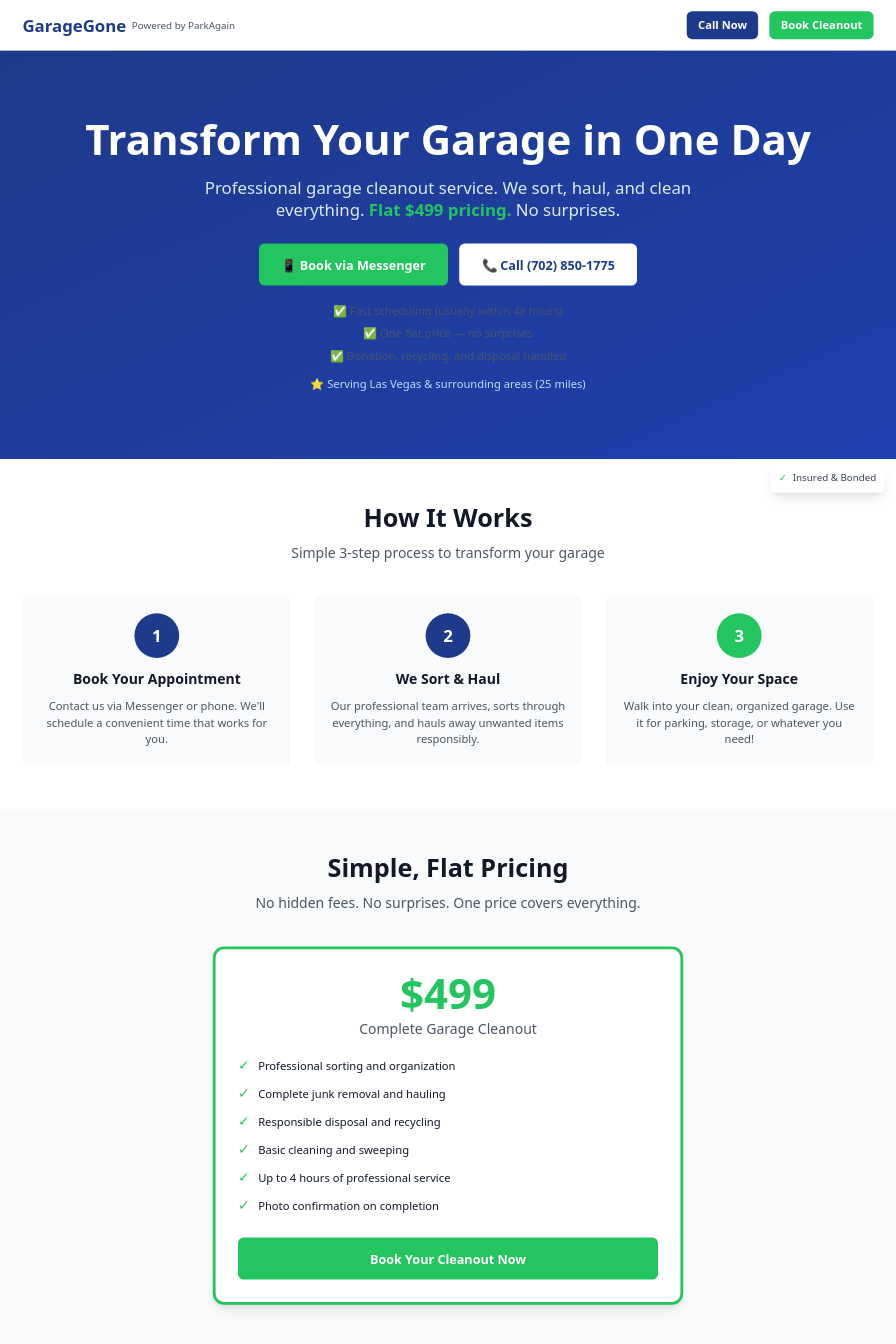
Repository: nikwhite1169/garagegone
Page: index.html
An editor plug-in stored every save of this project. The page is shown before and after the next save, followed by the edit.
The browser window is 1280 px wide. The pictures show the part of the page from y = 0 to 1920 px (the page is 5058 px tall), at 70% of full size.
Some web libraries are served in a nearby version.

Above is the page before, as saved 2025-09-15 13:45:01.

### index.html
<!DOCTYPE html>
<html lang="en">
<head>
    <meta charset="UTF-8">
    <meta name="viewport" content="width=device-width, initial-scale=1.0">
    <title>GarageGone - Professional Garage Cleanout Service | Las Vegas</title>
    <meta name="description" content="Professional garage cleanout service in Las Vegas. Flat $499 pricing. We haul everything away. Book your garage transformation today with GarageGone.">
    <meta name="keywords" content="garage cleanout, junk removal, Las Vegas, garage cleaning, hauling service, decluttering">

    <!-- Open Graph Meta Tags -->
    <meta property="og:title" content="GarageGone - Professional Garage Cleanout Service | Las Vegas">
    <meta property="og:description" content="Transform your garage with our professional cleanout service. Flat $499 pricing. We haul everything away. Serving Las Vegas and surrounding areas.">
    <meta property="og:image" content="https://garagegone.com/images/garage-before-after.jpg">
    <meta property="og:url" content="https://garagegone.com">
    <meta property="og:type" content="website">
    <meta property="og:site_name" content="GarageGone">

    <!-- Twitter Card Meta Tags -->
    <meta name="twitter:card" content="summary_large_image">
    <meta name="twitter:title" content="GarageGone - Professional Garage Cleanout Service | Las Vegas">
    <meta name="twitter:description" content="Transform your garage with our professional cleanout service. Flat $499 pricing. We haul everything away.">
    <meta name="twitter:image" content="https://garagegone.com/images/garage-before-after.jpg">

    <!-- Favicon -->
    <link rel="icon" type="image/x-icon" href="/favicon.ico">

    <!-- Tailwind CSS CDN -->
    <script src="https://cdn.tailwindcss.com"></script>

    <!-- Custom Tailwind Config -->
    <script>
        tailwind.config = {
            theme: {
                extend: {
                    colors: {
                        'brand-blue': '#1e3a8a',
                        'brand-green': '#22c55e',
                    }
                }
            }
        }
    </script>

    <!-- JSON-LD Schema Markup -->
    <script type="application/ld+json">
    {
        "@context": "https://schema.org",
        "@type": "LocalBusiness",
        "name": "GarageGone",
        "description": "Professional garage cleanout and junk removal service",
        "url": "https://garagegone.com",
        "telephone": "+7028501775",
        "address": {
            "@type": "PostalAddress",
            "addressLocality": "Las Vegas",
            "addressRegion": "NV",
            "addressCountry": "US"
        },
        "areaServed": {
            "@type": "GeoCircle",
            "geoMidpoint": {
                "@type": "GeoCoordinates",
                "latitude": 36.1699,
                "longitude": -115.1398
            },
            "geoRadius": "25 miles"
        },
         "sameAs": [
             "https://facebook.com/ParkAgain",
             "https://instagram.com/parkagain.app"
         ],
        "priceRange": "$499",
        "serviceType": "Garage Cleanout Service",
        "hasOfferCatalog": {
            "@type": "OfferCatalog",
            "name": "Garage Cleanout Services",
            "itemListElement": [
                {
                    "@type": "Offer",
                    "itemOffered": {
                        "@type": "Service",
                        "name": "Complete Garage Cleanout",
                        "description": "Full garage cleanout and junk removal service"
                    },
                    "price": "499",
                    "priceCurrency": "USD"
                }
            ]
        }
    }
    </script>

    <style>
        /* Smooth scroll behavior */
        html {
            scroll-behavior: smooth;
        }

        /* Custom animations */
        @keyframes fadeInUp {
            from {
                opacity: 0;
                transform: translateY(30px);
            }
            to {
                opacity: 1;
                transform: translateY(0);
            }
        }

        .fade-in-up {
            animation: fadeInUp 0.6s ease-out;
        }

        /* Ensure sticky footer doesn't overlap content */
        body {
            padding-bottom: 80px;
        }

        @media (min-width: 768px) {
            body {
                padding-bottom: 0;
            }
        }
    </style>
</head>
<body class="bg-gray-50 text-gray-900">
    <!-- Header -->
    <header class="bg-white shadow-sm sticky top-0 z-40">
        <div class="max-w-7xl mx-auto px-4 sm:px-6 lg:px-8">
            <div class="flex justify-between items-center py-4">
                <div class="flex items-center">
                    <h1 class="text-2xl font-bold text-brand-blue">GarageGone</h1>
                    <span class="ml-2 text-sm text-gray-600">Powered by ParkAgain</span>
                </div>
                <div class="hidden md:flex space-x-4">
                    <a href="tel:+7028501775" class="bg-brand-blue text-white px-4 py-2 rounded-lg font-semibold hover:bg-blue-800 transition-colors">
                        Call Now
                    </a>
                    <a href="https://m.me/parkagain" target="_blank" class="bg-brand-green text-white px-4 py-2 rounded-lg font-semibold hover:bg-green-600 transition-colors">
                        Book Cleanout
                    </a>
                </div>
            </div>
        </div>
    </header>

    <!-- Hero Section -->
    <section class="bg-gradient-to-br from-brand-blue to-blue-800 text-white py-16 md:py-24">
        <div class="max-w-7xl mx-auto px-4 sm:px-6 lg:px-8">
            <div class="text-center fade-in-up">
                <h2 class="text-4xl md:text-6xl font-bold mb-6">
                    Transform Your Garage in One Day
                </h2>
                <p class="text-xl md:text-2xl mb-8 text-blue-100 max-w-3xl mx-auto">
                    Professional garage cleanout service. We sort, haul, and clean everything.
                    <strong class="text-brand-green">Flat $499 pricing.</strong> No surprises.
                </p>
                <div class="flex flex-col sm:flex-row gap-4 justify-center items-center">
                    <a href="https://m.me/parkagain" target="_blank"
                       class="bg-brand-green text-white px-8 py-4 rounded-lg text-lg font-bold hover:bg-green-600 transition-colors w-full sm:w-auto text-center">
                        📱 Book via Messenger
                    </a>
                     <a href="tel:+7028501775"
                        class="bg-white text-brand-blue px-8 py-4 rounded-lg text-lg font-bold hover:bg-gray-100 transition-colors w-full sm:w-auto text-center">
                         📞 Call (702) 850-1775
                     </a>
                </div>
                <ul class="mt-6 text-slate-600 space-y-2">
                  <li>✅ Fast scheduling (usually within 48 hours)</li>
                  <li>✅ One flat price — no surprises</li>
                  <li>✅ Donation, recycling, and disposal handled</li>
                </ul>
                <p class="mt-4 text-blue-200">
                    ⭐ Serving Las Vegas & surrounding areas (25 miles)
                </p>
            </div>
        </div>
    </section>

    <!-- How It Works -->
    <section id="how-it-works" class="py-16 bg-white">
        <div class="max-w-7xl mx-auto px-4 sm:px-6 lg:px-8">
            <div class="text-center mb-12">
                <h3 class="text-3xl md:text-4xl font-bold text-gray-900 mb-4">How It Works</h3>
                <p class="text-xl text-gray-600">Simple 3-step process to transform your garage</p>
            </div>

            <div class="grid md:grid-cols-3 gap-8">
                <div class="text-center p-6 rounded-lg bg-gray-50">
                    <div class="w-16 h-16 bg-brand-blue text-white rounded-full flex items-center justify-center text-2xl font-bold mx-auto mb-4">1</div>
                    <h4 class="text-xl font-bold mb-3">Book Your Appointment</h4>
                    <p class="text-gray-600">Contact us via Messenger or phone. We'll schedule a convenient time that works for you.</p>
                </div>

                <div class="text-center p-6 rounded-lg bg-gray-50">
                    <div class="w-16 h-16 bg-brand-blue text-white rounded-full flex items-center justify-center text-2xl font-bold mx-auto mb-4">2</div>
                    <h4 class="text-xl font-bold mb-3">We Sort & Haul</h4>
                    <p class="text-gray-600">Our professional team arrives, sorts through everything, and hauls away unwanted items responsibly.</p>
                </div>

                <div class="text-center p-6 rounded-lg bg-gray-50">
                    <div class="w-16 h-16 bg-brand-green text-white rounded-full flex items-center justify-center text-2xl font-bold mx-auto mb-4">3</div>
                    <h4 class="text-xl font-bold mb-3">Enjoy Your Space</h4>
                    <p class="text-gray-600">Walk into your clean, organized garage. Use it for parking, storage, or whatever you need!</p>
                </div>
            </div>
        </div>
    </section>

    <!-- Pricing Section -->
    <section id="pricing" class="py-16 bg-gray-50">
        <div class="max-w-7xl mx-auto px-4 sm:px-6 lg:px-8">
            <div class="text-center mb-12">
                <h3 class="text-3xl md:text-4xl font-bold text-gray-900 mb-4">Simple, Flat Pricing</h3>
                <p class="text-xl text-gray-600">No hidden fees. No surprises. One price covers everything.</p>
            </div>

            <div class="max-w-2xl mx-auto">
                <div class="bg-white rounded-2xl shadow-lg p-8 border-4 border-brand-green">
                    <div class="text-center">
                        <div class="text-6xl font-bold text-brand-green mb-2">$499</div>
                        <div class="text-xl text-gray-600 mb-6">Complete Garage Cleanout</div>

                        <div class="text-left space-y-3 mb-8">
                            <div class="flex items-center">
                                <span class="text-brand-green text-xl mr-3">✓</span>
                                <span>Professional sorting and organization</span>
                            </div>
                            <div class="flex items-center">
                                <span class="text-brand-green text-xl mr-3">✓</span>
                                <span>Complete junk removal and hauling</span>
                            </div>
                            <div class="flex items-center">
                                <span class="text-brand-green text-xl mr-3">✓</span>
                                <span>Responsible disposal and recycling</span>
                            </div>
                            <div class="flex items-center">
                                <span class="text-brand-green text-xl mr-3">✓</span>
                                <span>Basic cleaning and sweeping</span>
                            </div>
                            <div class="flex items-center">
                                <span class="text-brand-green text-xl mr-3">✓</span>
                                <span>Up to 4 hours of professional service</span>
                            </div>
                            <div class="flex items-center">
                                <span class="text-brand-green text-xl mr-3">✓</span>
                                <span>Photo confirmation on completion</span>
                            </div>
                        </div>

                        <a href="https://m.me/parkagain" target="_blank"
                           class="bg-brand-green text-white px-8 py-4 rounded-lg text-lg font-bold hover:bg-green-600 transition-colors w-full block text-center">
                            Book Your Cleanout Now
                        </a>
                    </div>
                </div>
            </div>
        </div>
    </section>

    <!-- Before/After Section -->
    <section class="py-16 bg-white">
        <div class="max-w-7xl mx-auto px-4 sm:px-6 lg:px-8">
            <div class="text-center mb-12">
                <h3 class="text-3xl md:text-4xl font-bold text-gray-900 mb-4">See the Transformation</h3>
                <p class="text-xl text-gray-600">Real results from real customers</p>
            </div>

            <div class="grid md:grid-cols-2 gap-8 max-w-4xl mx-auto">
                <div class="text-center">
                    <h4 class="text-xl font-bold mb-4 text-red-600">Before</h4>
                    <div class="bg-gray-200 rounded-lg aspect-video flex items-center justify-center">
                        <img src="https://via.placeholder.com/400x300/cccccc/666666?text=Before+Photo"
                             alt="Cluttered garage before GarageGone cleanout service"
                             class="rounded-lg w-full h-full object-cover">
                    </div>
                </div>

                <div class="text-center">
                    <h4 class="text-xl font-bold mb-4 text-brand-green">After</h4>
                    <div class="bg-gray-200 rounded-lg aspect-video flex items-center justify-center">
                        <img src="https://via.placeholder.com/400x300/22c55e/ffffff?text=After+Photo"
                             alt="Clean, organized garage after GarageGone cleanout service"
                             class="rounded-lg w-full h-full object-cover">
                    </div>
                </div>
            </div>
        </div>
    </section>

    <!-- Before & After Gallery (replaces Reviews) -->
    <section class="bg-slate-50 border-y border-slate-200">
      <div class="max-w-6xl mx-auto px-4 md:px-6 py-12">
        <h2 class="text-2xl md:text-3xl font-bold mb-6">Before & After</h2>
        <p class="text-slate-600 mb-6">Real garages, real results. We clear the entire space so you can park again.</p>
        <div class="grid md:grid-cols-2 gap-6">
          <img src="https://images.unsplash.com/photo-1582582494700-1c476f9b7f8a?q=80&w=1200&auto=format&fit=crop" alt="Cluttered garage before cleanout" class="rounded-2xl border shadow-sm object-cover w-full h-64 md:h-80">
          <img src="https://images.unsplash.com/photo-1600585154526-990dced4db0d?q=80&w=1200&auto=format&fit=crop" alt="Clean garage after cleanout with car parked" class="rounded-2xl border shadow-sm object-cover w-full h-64 md:h-80">
        </div>
        <p class="text-xs text-slate-500 mt-3">*Have before/after photos? We'll swap these placeholders after our first jobs.</p>
      </div>
    </section>

    <!-- FAQ Section -->
    <section id="faq" class="py-16 bg-white">
        <div class="max-w-4xl mx-auto px-4 sm:px-6 lg:px-8">
            <div class="text-center mb-12">
                <h3 class="text-3xl md:text-4xl font-bold text-gray-900 mb-4">Frequently Asked Questions</h3>
            </div>

            <div class="space-y-6">
                <div class="bg-gray-50 rounded-lg p-6">
                    <h4 class="text-lg font-bold mb-2">How long does a garage cleanout take?</h4>
                    <p class="text-gray-700">Most garage cleanouts take 2-4 hours depending on the amount of items. We work efficiently to get your garage back to you as quickly as possible.</p>
                </div>

                <div class="bg-gray-50 rounded-lg p-6">
                    <h4 class="text-lg font-bold mb-2">What if I want to keep some items?</h4>
                    <p class="text-gray-700">No problem! We'll work with you to identify items you want to keep, donate, or dispose of. You have full control over what stays and what goes.</p>
                </div>

                <div class="bg-gray-50 rounded-lg p-6">
                    <h4 class="text-lg font-bold mb-2">Do you recycle and donate items?</h4>
                    <p class="text-gray-700">Yes! We responsibly dispose of all items, recycling what we can and donating usable items to local charities whenever possible.</p>
                </div>

                <div class="bg-gray-50 rounded-lg p-6">
                    <h4 class="text-lg font-bold mb-2">Are there any additional fees?</h4>
                    <p class="text-gray-700">Our $499 price includes everything for a standard garage cleanout. The only additional fee would be for hazardous materials that require special disposal.</p>
                </div>

                <div class="bg-gray-50 rounded-lg p-6">
                    <h4 class="text-lg font-bold mb-2">Are you insured?</h4>
                    <p class="text-gray-700">Yes, we are fully insured and bonded for your peace of mind. All our team members are background-checked professionals.</p>
                </div>
            </div>
        </div>
    </section>

    <!-- Service Area -->
    <section class="py-16 bg-brand-blue text-white">
        <div class="max-w-7xl mx-auto px-4 sm:px-6 lg:px-8">
            <div class="text-center">
                <h3 class="text-3xl md:text-4xl font-bold mb-6">Service Area</h3>
                <p class="text-xl mb-8">We proudly serve Las Vegas and surrounding areas within 25 miles</p>

                <div class="grid md:grid-cols-3 gap-6 text-center">
                    <div>
                        <h4 class="font-bold text-lg mb-2">Las Vegas</h4>
                        <p class="text-blue-200">Downtown, Strip, Summerlin</p>
                    </div>
                    <div>
                        <h4 class="font-bold text-lg mb-2">Henderson</h4>
                        <p class="text-blue-200">Green Valley, Anthem</p>
                    </div>
                    <div>
                        <h4 class="font-bold text-lg mb-2">North Las Vegas</h4>
                        <p class="text-blue-200">Aliante, Eldorado</p>
                    </div>
                </div>

                <div class="mt-8">
                    <p class="text-blue-200">Not sure if we serve your area? <a href="tel:+7028501775" class="text-white hover:text-brand-green underline font-semibold">Give us a call!</a></p>
                </div>
            </div>
        </div>
    </section>

    <!-- Join Hauler Network CTA -->
    <section class="py-16 bg-brand-green text-white">
        <div class="max-w-4xl mx-auto px-4 sm:px-6 lg:px-8 text-center">
            <h3 class="text-3xl md:text-4xl font-bold mb-6">Join Our Hauler Network</h3>
            <p class="text-xl mb-8 text-green-100">
                Are you a reliable hauler or junk removal professional? Join our network and get consistent work in the Las Vegas area.
            </p>
            <a href="https://forms.gle/CVCqmNvirqqFKjCk8" target="_blank"
               class="bg-white text-brand-green px-8 py-4 rounded-lg text-lg font-bold hover:bg-gray-100 transition-colors inline-block">
                Apply to Join Network
            </a>
        </div>
    </section>

    <!-- Footer -->
    <footer class="bg-gray-900 text-white py-12">
        <div class="max-w-7xl mx-auto px-4 sm:px-6 lg:px-8">
            <div class="grid md:grid-cols-3 gap-8">
                <div>
                    <h4 class="text-xl font-bold mb-4">GarageGone</h4>
                    <p class="text-gray-400 mb-4">Professional garage cleanout service powered by ParkAgain. Transform your garage in one day.</p>
                    <div class="flex space-x-4">
                        <a href="https://facebook.com/ParkAgain" target="_blank" class="text-gray-400 hover:text-white">
                            Facebook
                        </a>
                        <a href="https://instagram.com/parkagain.app" target="_blank" class="text-gray-400 hover:text-white">
                            Instagram
                        </a>
                    </div>
                </div>

                <div>
                    <h4 class="text-lg font-bold mb-4">Contact</h4>
                    <div class="space-y-2 text-gray-400">
                        <p>📞 (702) 850-1775</p>
                        <p>📍 Las Vegas, NV</p>
                        <p>🌐 garagegone.com</p>
                    </div>
                </div>

                <div>
                    <h4 class="text-lg font-bold mb-4">Service Hours</h4>
                    <div class="space-y-2 text-gray-400">
                        <p>Monday - Friday: 8am - 6pm</p>
                        <p>Saturday: 9am - 4pm</p>
                        <p>Sunday: Closed</p>
                    </div>
                </div>
            </div>

            <div class="border-t border-gray-800 mt-8 pt-8 text-center text-gray-400">
                <p>&copy; 2025 GarageGone. All rights reserved. Powered by ParkAgain.</p>
                <div class="mt-2 space-x-4">
                    <a href="privacy-policy.html" class="hover:text-white">Privacy Policy</a>
                    <a href="terms-of-service.html" class="hover:text-white">Terms of Service</a>
                </div>
            </div>
        </div>
    </footer>

    <!-- Sticky Mobile Footer -->
    <div class="fixed bottom-0 left-0 right-0 bg-white border-t border-gray-200 p-4 md:hidden z-50">
        <div class="flex space-x-3">
            <a href="https://m.me/parkagain" target="_blank"
               class="flex-1 bg-brand-green text-white py-3 px-4 rounded-lg font-bold text-center hover:bg-green-600 transition-colors">
                📱 Book Cleanout
            </a>
            <a href="https://forms.gle/CVCqmNvirqqFKjCk8" target="_blank"
               class="flex-1 bg-brand-blue text-white py-3 px-4 rounded-lg font-bold text-center hover:bg-blue-800 transition-colors">
                🚛 Join Network
            </a>
        </div>
    </div>

    <!-- Trust Badges -->
    <div class="hidden md:block fixed bottom-4 right-4 bg-white rounded-lg shadow-lg p-3 z-40">
        <div class="flex items-center space-x-2 text-sm">
            <span class="text-brand-green">✓</span>
            <span class="text-gray-700">Insured & Bonded</span>
        </div>
    </div>
</body>
</html>

After the next save:
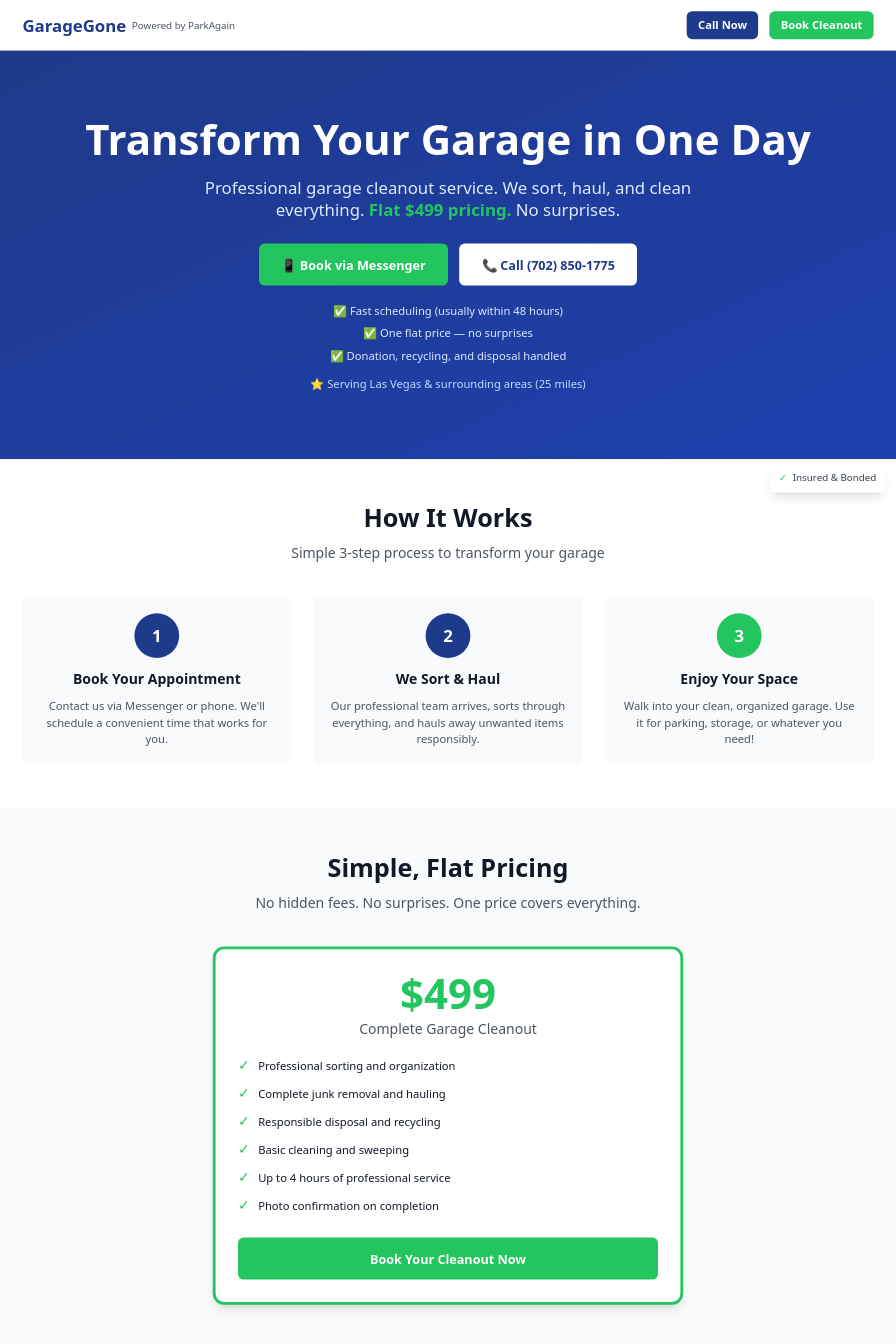
Saved 6 s later.
--- a/index.html
+++ b/index.html
@@ -166,7 +166,7 @@
                          📞 Call (702) 850-1775
                      </a>
                 </div>
-                <ul class="mt-6 text-slate-600 space-y-2">
+                <ul class="mt-6 text-blue-100 space-y-2">
                   <li>✅ Fast scheduling (usually within 48 hours)</li>
                   <li>✅ One flat price — no surprises</li>
                   <li>✅ Donation, recycling, and disposal handled</li>
